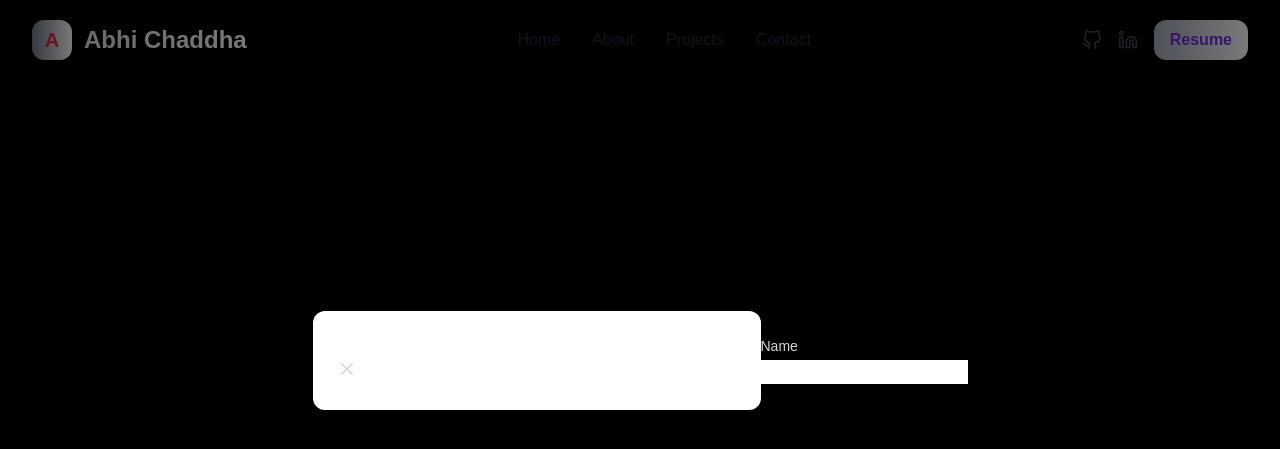
Repository: 532ab/portfolio-website
Page: /, after clicking the first element matching `button.ml-4`
The author's editor kept a copy of each file at every save. The page is drawn from the files as they stood at one save, then again after the next save.
The browser window is 1280 px wide. The pictures show the whole page.
The project was rebuilt for these pictures with package versions that can differ from the ones it lists, and the page was loaded fresh each time. Also part of the build but not shown: vite.config.js.

Above is the page before, as saved 2026-01-25 13:24:30.

After the next save:
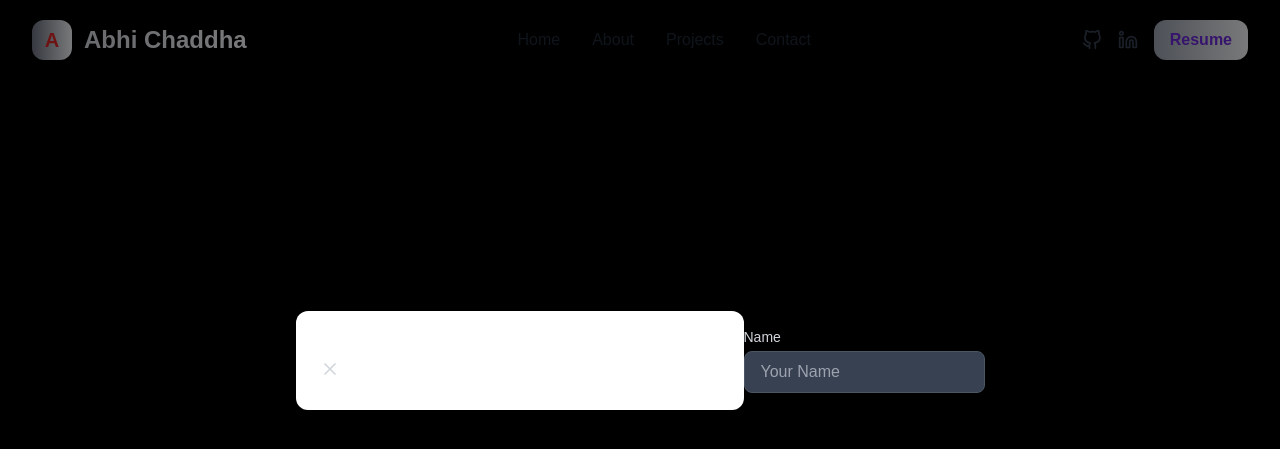
Saved 2 min 44 s later.
--- a/src/components/Header.jsx
+++ b/src/components/Header.jsx
@@ -167,7 +167,9 @@
                         </label>
                         <input
                         type = "text"
-                        id = "name" />
+                        id = "name"
+                        placeholder = "Your Name"
+                        className = "w-full px-4 py-2 border border-gray-600 rounded-lg focus:ring-2 focus:ring-violet-500 focus:border-violet-500 bg-gray-700" />
 
                     </div>
 
